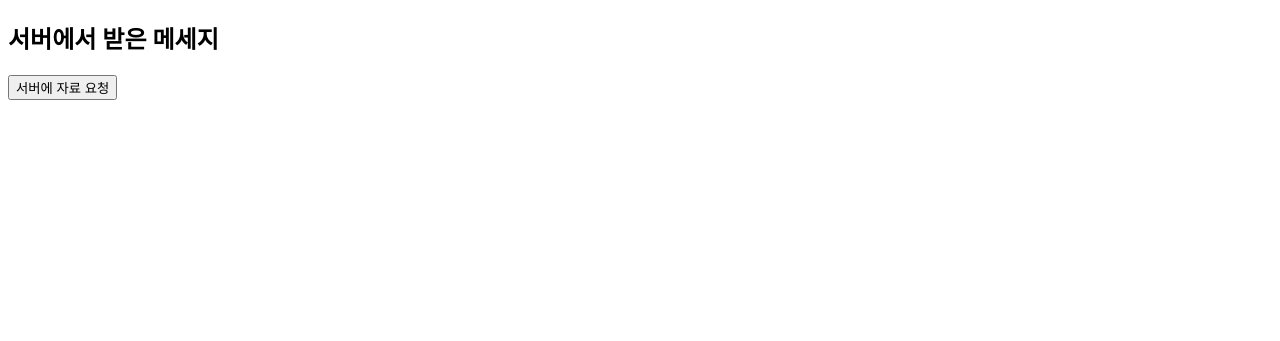
Repository: chopilyeon/JavaWeb
Page: LectureWeb/src/main/webapp/ajax/exam01.html
The author's editor kept a copy of each file at every save. The page is drawn from the files as they stood at one save, then again after the next save.
The browser window is 1280 px wide. The pictures show the whole page.

Above is the page before, as saved 2022-05-31 02:32:15.

### LectureWeb/src/main/webapp/ajax/exam01.html
<!DOCTYPE html>
<html>
<head>
<meta charset="UTF-8">
<title>Insert title here</title>
<script src ="/LectureWeb/jquery/js/jquery-3.6.0.min.js"></script>
<!--절대경로로 작서앻주자  -->
<script>
$(document).ready(function(){

})
</script>



</head>
<body>
	<h2>서버에서 받은 메세지</h2>
 	<div id="msgView"></div>
 	<button>서버에 자료 요청</button>

</body>
</html>

Loaded but not shown: LectureWeb/src/main/webapp/jquery/js/jquery-3.6.0.min.js (library)

After the next save:
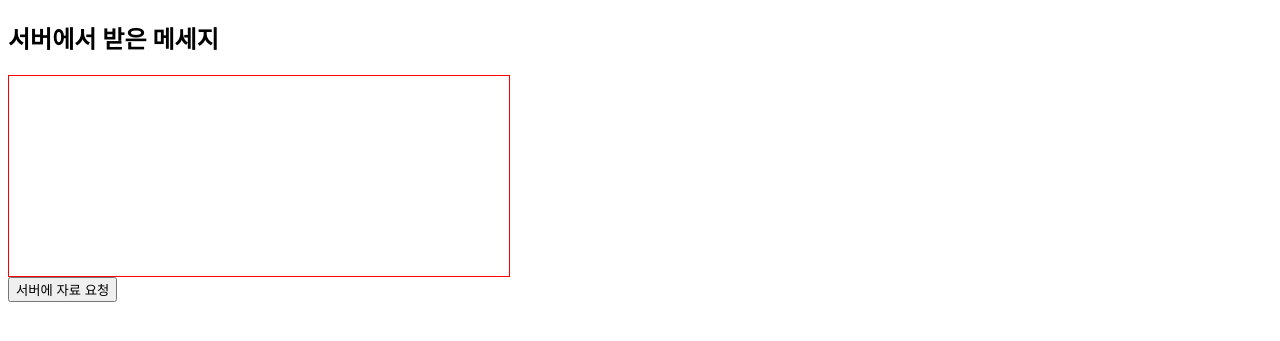
Saved 36 s later.
--- a/LectureWeb/src/main/webapp/ajax/exam01.html
+++ b/LectureWeb/src/main/webapp/ajax/exam01.html
@@ -3,6 +3,17 @@
 <head>
 <meta charset="UTF-8">
 <title>Insert title here</title>
+<style>
+	#msgView{
+		width:500px;
+		height:200px;
+		border:1px solid red;
+	}
+
+
+</style>
+
+
 <script src ="/LectureWeb/jquery/js/jquery-3.6.0.min.js"></script>
 <!--절대경로로 작서앻주자  -->
 <script>
